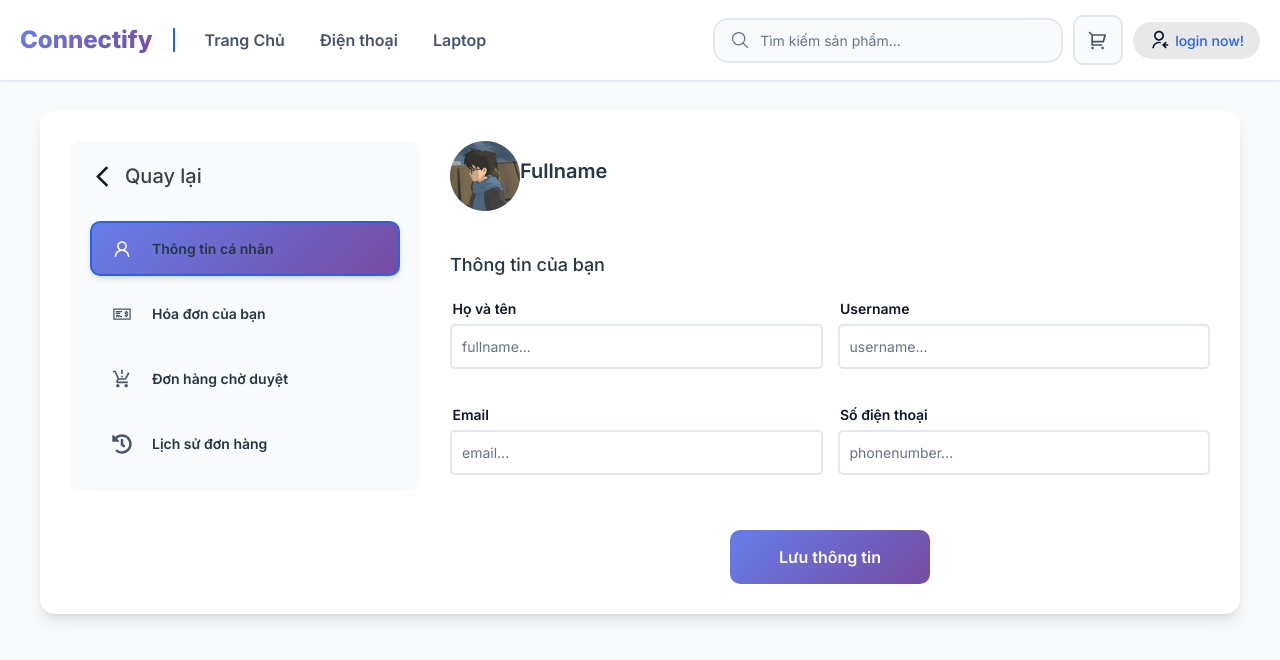
Repository: tvbacs/JavaWebProjectUI
Page: /profile
These files come from the project's save history. The page is drawn as it stood at one moment and after the next save; the edit follows.
The browser window is 1280 px wide. The pictures show the whole page.
An inner scrolling area shows only its first screen. The project was rebuilt for these pictures with package versions that can differ from the ones it lists, and the page was loaded fresh each time. Also part of the build but not shown: src/pages/Auth/Login/index.js, src/pages/HomePage/HomePage.module.scss, src/components/Item/Item.module.scss, src/components/Item/index.js, src/components/Scroll/Scroll.module.scss, src/components/Scroll/index.js, src/pages/HomePage/index.js, src/pages/LaptopPage/LaptopPage.module.scss and 46 more.

Above is the page before, as saved 2025-05-25 06:17:16.

### src/Globals/GlobalStyles/GlobalStyles.scss
@import 'normalize.css';
@import url('https://fonts.googleapis.com/css2?family=Inter:wght@300;400;500;600;700;800&display=swap');

:root{
    // User Theme Colors
    --primary: #2563eb;
    --primary-dark: #1d4ed8;
    --primary-light: #3b82f6;
    --secondary: #64748b;
    --accent: #f59e0b;
    --success: #10b981;
    --warning: #f59e0b;
    --error: #ef4444;

    // Background Colors
    --bg-primary: #ffffff;
    --bg-secondary: #f8fafc;
    --bg-tertiary: #f1f5f9;
    --bg-gradient: linear-gradient(135deg, #667eea 0%, #764ba2 100%);
    --bg-gradient-light: linear-gradient(135deg, #f8fafc 0%, #e2e8f0 100%);

    // Text Colors
    --text-primary: #0f172a;
    --text-secondary: #475569;
    --text-tertiary: #64748b;
    --text-light: #94a3b8;

    // Border Colors
    --border-primary: #e2e8f0;
    --border-secondary: #cbd5e1;
    --border-focus: #3b82f6;

    // Shadow
    --shadow-sm: 0 1px 2px 0 rgb(0 0 0 / 0.05);
    --shadow-md: 0 4px 6px -1px rgb(0 0 0 / 0.1), 0 2px 4px -2px rgb(0 0 0 / 0.1);
    --shadow-lg: 0 10px 15px -3px rgb(0 0 0 / 0.1), 0 4px 6px -4px rgb(0 0 0 / 0.1);
    --shadow-xl: 0 20px 25px -5px rgb(0 0 0 / 0.1), 0 8px 10px -6px rgb(0 0 0 / 0.1);

    // Spacing
    --spacing-xs: 0.25rem;
    --spacing-sm: 0.5rem;
    --spacing-md: 1rem;
    --spacing-lg: 1.5rem;
    --spacing-xl: 2rem;
    --spacing-2xl: 3rem;

    // Border Radius
    --radius-sm: 0.375rem;
    --radius-md: 0.5rem;
    --radius-lg: 0.75rem;
    --radius-xl: 1rem;
    --radius-2xl: 1.5rem;

    // Legacy (for backward compatibility)
    --bgc: #F6F6F8;
    --gray50: #64748b;
    --gray85: #475569;
}
*{
    box-sizing: border-box;
}

html{
    font-size: 62.5%;
    scroll-behavior: smooth;
}

body{
    font-family: 'Inter', -apple-system, BlinkMacSystemFont, 'Segoe UI', sans-serif;
    font-size: 1.6rem;
    line-height: 1.6;
    color: var(--text-primary);
    background-color: var(--bg-secondary);
    text-rendering: optimizeLegibility;
    -webkit-font-smoothing: antialiased;
    -moz-osx-font-smoothing: grayscale;
}
@tailwind base;
@tailwind components;
@tailwind utilities;
// Modern Mixins
@mixin input(){
    border: 2px solid var(--border-primary);
    outline: none;
    background-color: var(--bg-primary);
    border-radius: var(--radius-md);
    padding: var(--spacing-md);
    font-size: 1.4rem;
    transition: all 0.2s ease;

    &:focus {
        border-color: var(--border-focus);
        box-shadow: 0 0 0 3px rgb(59 130 246 / 0.1);
    }
}

@mixin flex-center(){
    display: flex;
    justify-content: center;
    align-items: center;
}

@mixin button(){
    border: none;
    outline: none;
    cursor: pointer;
    border-radius: var(--radius-md);
    padding: var(--spacing-md) var(--spacing-lg);
    font-weight: 500;
    transition: all 0.2s ease;

    &:hover {
        transform: translateY(-1px);
    }

    &:active {
        transform: translateY(0);
    }
}

@mixin button-primary(){
    @include button();
    background: var(--primary);
    color: white;

    &:hover {
        background: var(--primary-dark);
        box-shadow: var(--shadow-md);
    }
}

@mixin button-secondary(){
    @include button();
    background: var(--bg-primary);
    color: var(--text-primary);
    border: 2px solid var(--border-primary);

    &:hover {
        border-color: var(--primary);
        color: var(--primary);
    }
}

@mixin card(){
    background: var(--bg-primary);
    border-radius: var(--radius-xl);
    box-shadow: var(--shadow-md);
    border: 1px solid var(--border-primary);
    transition: all 0.3s ease;

    &:hover {
        box-shadow: var(--shadow-lg);
        transform: translateY(-2px);
    }
}

@mixin a(){
    text-decoration: none;
    color: var(--text-primary);
    transition: color 0.2s ease;

    &:hover {
        color: var(--primary);
    }
}

### src/pages/Auth/Auth.module.scss
.wrapper{
    width: 100vw;
    height: 100vh;
    background: var(--bg-gradient);
    display: flex;
    justify-content: center;
    align-items: center;
    padding: var(--spacing-xl);
    position: relative;

    &::before {
        content: '';
        position: absolute;
        top: 0;
        left: 0;
        right: 0;
        bottom: 0;
        background: radial-gradient(circle at 20% 80%, rgba(120, 119, 198, 0.3) 0%, transparent 50%),
                    radial-gradient(circle at 80% 20%, rgba(255, 255, 255, 0.15) 0%, transparent 50%);
        pointer-events: none;
    }
}

.content{
    width: 450px;
    max-width: 100%;
    background: var(--bg-primary);
    border-radius: var(--radius-2xl);
    padding: var(--spacing-2xl);
    box-shadow: var(--shadow-xl);
    backdrop-filter: blur(20px);
    border: 1px solid rgba(255, 255, 255, 0.2);
    position: relative;
    z-index: 1;

    > h1{
        font-size: 3.2rem;
        font-weight: 800;
        color: var(--text-primary);
        text-align: center;
        margin-bottom: var(--spacing-sm);
        background: var(--bg-gradient);
        -webkit-background-clip: text;
        -webkit-text-fill-color: transparent;
        background-clip: text;
    }

    > span{
        font-size: 1.6rem;
        color: var(--text-secondary);
        margin-bottom: var(--spacing-2xl);
        display: block;
        text-align: center;
        line-height: 1.6;
        font-weight: 400;
    }
}

form{
    width: 100%;
    display: flex;
    flex-direction: column;
    gap: var(--spacing-lg);
}

.form-group{
    display: flex;
    align-items: center;
    border-radius: var(--radius-xl);
    border: 2px solid var(--border-primary);
    padding: var(--spacing-sm);
    background: var(--bg-secondary);
    transition: all 0.3s ease;

    &:focus-within {
        border-color: var(--primary);
        background: var(--bg-primary);
        box-shadow: 0 0 0 3px rgba(37, 99, 235, 0.1);
        transform: translateY(-1px);
    }

    &-icon{
        width: 45px;
        height: 45px;
        border-radius: var(--radius-lg);
        background: var(--bg-gradient);
        display: flex;
        justify-content: center;
        align-items: center;
        color: white;
        margin-right: var(--spacing-md);
        font-size: 1.8rem;
    }
}

.form-input{
    border: none;
    outline: none;
    background: transparent;
    flex: 1;
    padding: var(--spacing-md) var(--spacing-sm);
    font-size: 1.6rem;
    color: var(--text-primary);

    &::placeholder {
        color: var(--text-tertiary);
        font-weight: 400;
    }
}

.btn-submit{
    border: none;
    outline: none;
    cursor: pointer;
    width: 100%;
    height: 55px;
    font-size: 1.6rem;
    font-weight: 600;
    margin-top: var(--spacing-md);
    border-radius: var(--radius-xl);
    background: var(--bg-gradient);
    color: white;
    position: relative;
    overflow: hidden;
    transition: all 0.3s ease;

    &::before {
        content: '';
        position: absolute;
        top: 0;
        left: -100%;
        width: 100%;
        height: 100%;
        background: linear-gradient(90deg, transparent, rgba(255,255,255,0.2), transparent);
        transition: left 0.5s;
    }

    &:hover::before {
        left: 100%;
    }

    &:hover {
        transform: translateY(-2px);
        box-shadow: 0 10px 25px rgba(37, 99, 235, 0.3);
    }
}

.btn-switch{
    display: block;
    text-align: center;
    margin: var(--spacing-xl) auto 0;
    font-size: 1.6rem;
    font-weight: 500;
    color: var(--text-secondary);
    text-decoration: none;
    transition: all 0.3s ease;
    padding: var(--spacing-sm);
    border-radius: var(--radius-md);

    &:hover{
        color: var(--primary);
        background: rgba(37, 99, 235, 0.05);
        transform: translateY(-1px);
    }
}

// Responsive design
@media (max-width: 768px) {
    .wrapper {
        padding: var(--spacing-md);
    }

    .content {
        width: 100%;
        padding: var(--spacing-xl);

        > h1 {
            font-size: 2.8rem;
        }

        > span {
            font-size: 1.4rem;
        }
    }

    .form-group {
        padding: var(--spacing-xs);

        &-icon {
            width: 40px;
            height: 40px;
            font-size: 1.6rem;
        }
    }

    .form-input {
        font-size: 1.4rem;
        padding: var(--spacing-sm);
    }

    .btn-submit {
        height: 50px;
        font-size: 1.4rem;
    }
}

### src/layout/OnlyHeaderLayout/OnlyHeaderLayout.module.scss

.wrapper{
    background: var(--bg-secondary);
    min-height: 100vh;
    display: flex;
    flex-direction: column;
}

.content{
    flex: 1;
    padding: 0 var(--spacing-xl) var(--spacing-xl);
    overflow-y: auto;
    scroll-behavior: smooth;

    &::-webkit-scrollbar{
        display: none;
    }

    // Firefox
    scrollbar-width: none;
}

.body{
    flex: 1;
    display: flex;
    flex-direction: column;
    overflow-y: auto;
    padding-top: var(--spacing-md);

    &::-webkit-scrollbar{
        display: none;
    }

    // Firefox
    scrollbar-width: none;
}

// Responsive design
@media (max-width: 768px) {
    .content {
        padding: 0 var(--spacing-md) var(--spacing-md);
    }
}

### src/components/Header/Header.module.scss
@import  "../../Globals/GlobalStyles/GlobalStyles.scss";

.wrapper{
    padding: var(--spacing-lg) var(--spacing-xl);
    background: var(--bg-primary);
    border-bottom: 1px solid var(--border-primary);
    box-shadow: var(--shadow-sm);
    position: sticky;
    top: 0;
    z-index: 100;
    backdrop-filter: blur(10px);
}

.logo{
    color: var(--primary);
    font-size: 2.4rem;
    font-weight: 800;
    font-family: 'Inter', sans-serif;
    background: var(--bg-gradient);
    -webkit-background-clip: text;
    -webkit-text-fill-color: transparent;
    background-clip: text;
    cursor: pointer;
    transition: all 0.3s ease;

    &:hover {
        transform: scale(1.05);
    }
}

.nav{
    padding-left: var(--spacing-xl);
    margin-left: var(--spacing-xl);
    border-left: 2px solid var(--primary);
    display: flex;
    align-items: center;
    gap: var(--spacing-lg);

    &-item{
        font-size: 1.6rem;
        font-weight: 600;
        cursor: pointer;
        color: var(--text-secondary);
        transition: all 0.3s ease;

        &:hover {
            color: var(--primary);
            transform: translateY(-1px);
        }
    }
}

.nav-link {
    position: relative;
    padding: var(--spacing-sm) var(--spacing-md);
    border-radius: var(--radius-lg);
    transition: all 0.3s ease;
    text-decoration: none;
    color: inherit;

    &:hover {
        background: rgba(37, 99, 235, 0.1);
        color: var(--primary);
    }

    &.active {
        background: var(--bg-gradient);
        color: white;
        box-shadow: var(--shadow-md);

        &::before {
            display: none;
        }
    }
}

.search{
    min-width: 350px;
    max-width: 450px;
    border-radius: var(--radius-2xl);
    padding: var(--spacing-md) var(--spacing-lg);
    background: var(--bg-secondary);
    border: 2px solid var(--border-primary);
    display: flex;
    align-items: center;
    gap: var(--spacing-md);
    transition: all 0.3s ease;

    &:focus-within {
        border-color: var(--primary);
        background: var(--bg-primary);
        box-shadow: 0 0 0 3px rgba(37, 99, 235, 0.1);
        transform: translateY(-1px);
    }

    &-icon{
        font-size: 2rem;
        color: var(--text-tertiary);
        transition: color 0.3s ease;
    }

    &:focus-within &-icon {
        color: var(--primary);
    }

    &-input{
        border: none;
        outline: none;
        background: transparent;
        flex: 1;
        font-size: 1.4rem;
        color: var(--text-primary);

        &::placeholder {
            color: var(--text-tertiary);
        }
    }
}

.cart{
    width: 50px;
    height: 50px;
    border-radius: var(--radius-xl);
    background: var(--bg-secondary);
    border: 2px solid var(--border-primary);
    display: flex;
    justify-content: center;
    align-items: center;
    margin: 0 var(--spacing-md);
    cursor: pointer;
    transition: all 0.3s ease;
    position: relative;

    svg {
        font-size: 2rem;
        color: var(--text-secondary);
        transition: color 0.3s ease;
    }

    &:hover {
        background: var(--primary);
        border-color: var(--primary);
        transform: translateY(-2px);
        box-shadow: var(--shadow-md);

        svg {
            color: white;
        }
    }

    // Cart badge
    &::after {
        content: attr(data-count);
        position: absolute;
        top: -8px;
        right: -8px;
        background: var(--error);
        color: white;
        border-radius: 50%;
        width: 20px;
        height: 20px;
        font-size: 1.2rem;
        font-weight: 600;
        display: flex;
        align-items: center;
        justify-content: center;
        transform: scale(0);
        transition: transform 0.3s ease;
    }

    &[data-count]:not([data-count="0"])::after {
        transform: scale(1);
    }
}

.btn-login{
    display:flex;
    align-items: center;
    padding:8px 16px;
    background-color: #E8E8E8;
    border-radius: 20px;

}
.btn-menu{
  width: 40px;
  height: 40px;
  border-radius: 50%;
      background-color: #E8E8E8;
  @include flex-center;
}
.btn-login:hover{
        box-shadow: 0 0 2px rgba(0,0,0,0.5);

}
.btn-login-title {
    color:var(--primary);
    font-weight: 500;
}

@media screen and (max-width: 639px) {
  .wrapper{
    padding:10px;
  }
  .logo{
    font-size: 20px;
  }
  .search{
    min-width: 170px;
  }
  .cart{
    margin:0 5px;
  }
  .btn-login{
    display:none;
  }
  .search-input{
    font-size: 10px;
  }
  .avt-auth{
    display:none;
  }
}

.user-menu {
  display: flex;
  align-items: center;
  gap: 12px;
}

.admin-link {
  background: linear-gradient(135deg, #667eea 0%, #764ba2 100%);
  color: white;
  padding: 6px 12px;
  border-radius: 20px;
  text-decoration: none;
  font-size: 12px;
  font-weight: 600;
  transition: all 0.3s ease;

  &:hover {
    transform: translateY(-1px);
    box-shadow: 0 4px 12px rgba(102, 126, 234, 0.3);
  }
}

@media screen and (min-width: 640px) and (max-width: 1023px) {
  .btn-menu{
    margin-left: 20px;
  }
}

### src/components/Footer/Footer.module.scss
@import url('https://fonts.googleapis.com/css2?family=Roboto&display=swap');
.wrapper{
    width: 100%;
    padding:20px 30px;
    background-color: var(--primary);
}
.content{
    width: 100%;
    height:100%;
    display: flex;
    align-items: start;
    justify-content: space-between;
    flex-wrap: wrap;
}
.list{
    list-style-type: none;
    .title-small{
        color:white;
        font-size: 16px;
        font-weight:500;
    }
}

.title{
    color:white;
    font-weight: 900;
    font-size: 26px !important;
}
.item{
    color:white;
  font-family: 'Roboto', sans-serif;
    font-weight:100;
    cursor:pointer;
}
.item:hover{
    border-bottom: 1px solid white;
}
.input{
    width: 100%;
    border-radius: 20px;
    background-color: white;
    padding:6px 12px;
    margin:10px 0;
    display:flex;
    align-items: center;

    input{
        font-size: 14px;
        flex:1;
        outline: none;
        padding-left: 6px;
    }
    span{
    font-size: 14px;
    font-weight: 600;
    cursor:pointer;
    }
}
.social{
    width: 36px;
    height: 26px;
    border-radius: 4px;
    background-color: white;
    display:flex;
    justify-content: center;
    align-items: center;
    margin-right: 10px;
    cursor:pointer;
}
.icon-fb{
    color:blue;
    font-size: 20px;
}
.icon-tiktok{
    font-size: 20px;
}

Loaded but not shown: public/index.html (common file); tailwind.config.js (common file); src/pages/Profile/index.js (283 lines, source omitted); src/components/Header/index.js (144 lines, source omitted); src/utils/formatPrice.js (88 lines, source omitted); src/App.js (101 lines, source omitted); src/routes/index.js (50 lines, source omitted); src/services/authService.js (92 lines, source omitted); src/services/electronicService.js (61 lines, source omitted); src/services/invoiceService.js (57 lines, source omitted); src/contexts/UserContext.js (29 lines, source omitted); src/layout/OnlyHeaderLayout/index.js (22 lines, source omitted); src/utils/request.js (21 lines, source omitted); src/index.js (17 lines, source omitted); src/Globals/GlobalStyles/index.js (8 lines, source omitted); src/pages/Profile/Profile.module.scss (419 lines, source omitted)

After the next save:
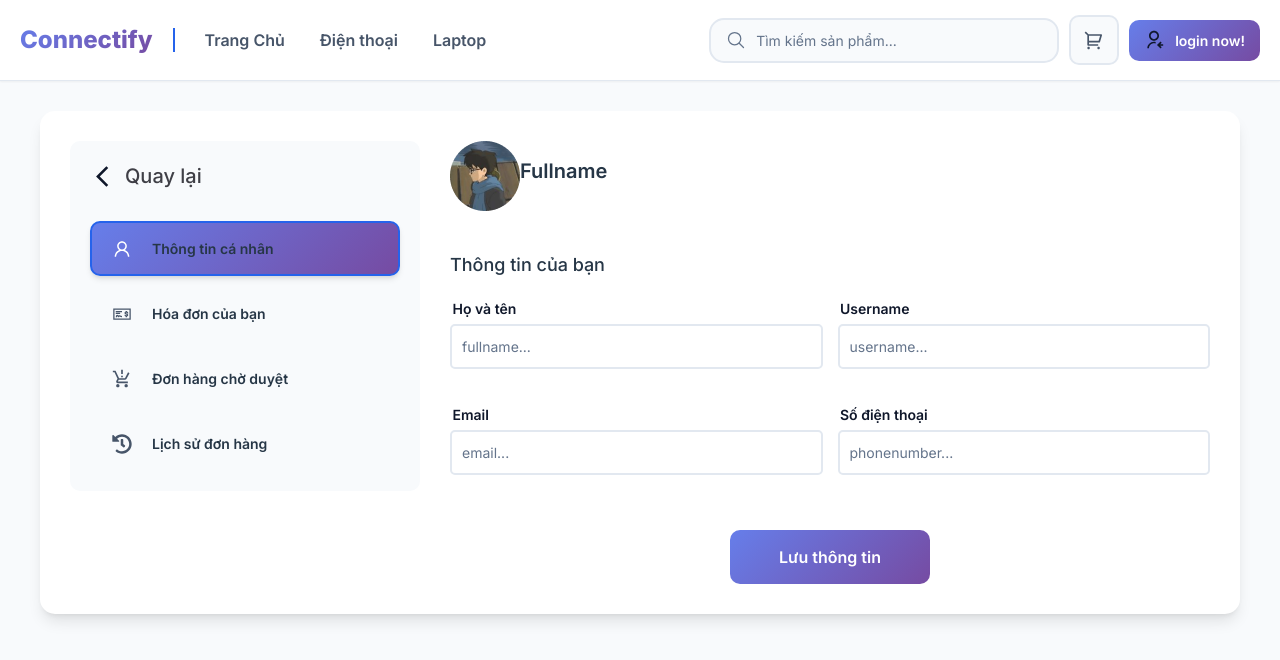
Saved 21 s later.
--- a/src/components/Header/Header.module.scss
+++ b/src/components/Header/Header.module.scss
@@ -174,27 +174,61 @@
 }
 
 .btn-login{
-    display:flex;
-    align-items: center;
-    padding:8px 16px;
-    background-color: #E8E8E8;
-    border-radius: 20px;
-
-}
+    display: flex;
+    align-items: center;
+    gap: var(--spacing-sm);
+    padding: var(--spacing-md) var(--spacing-lg);
+    background: var(--bg-gradient);
+    border-radius: var(--radius-xl);
+    border: none;
+    cursor: pointer;
+    transition: all 0.3s ease;
+    text-decoration: none;
+
+    &:hover {
+        transform: translateY(-2px);
+        box-shadow: 0 8px 25px rgba(37, 99, 235, 0.3);
+    }
+
+    &:active {
+        transform: translateY(0);
+    }
+}
+
 .btn-menu{
-  width: 40px;
-  height: 40px;
-  border-radius: 50%;
-      background-color: #E8E8E8;
-  @include flex-center;
-}
-.btn-login:hover{
-        box-shadow: 0 0 2px rgba(0,0,0,0.5);
-
-}
+    width: 50px;
+    height: 50px;
+    border-radius: var(--radius-xl);
+    background: var(--bg-secondary);
+    border: 2px solid var(--border-primary);
+    display: flex;
+    justify-content: center;
+    align-items: center;
+    cursor: pointer;
+    transition: all 0.3s ease;
+
+    svg {
+        font-size: 2rem;
+        color: var(--text-secondary);
+        transition: color 0.3s ease;
+    }
+
+    &:hover {
+        background: var(--primary);
+        border-color: var(--primary);
+        transform: translateY(-2px);
+        box-shadow: var(--shadow-md);
+
+        svg {
+            color: white;
+        }
+    }
+}
+
 .btn-login-title {
-    color:var(--primary);
-    font-weight: 500;
+    color: white;
+    font-weight: 600;
+    font-size: 1.4rem;
 }
 
 @media screen and (max-width: 639px) {
